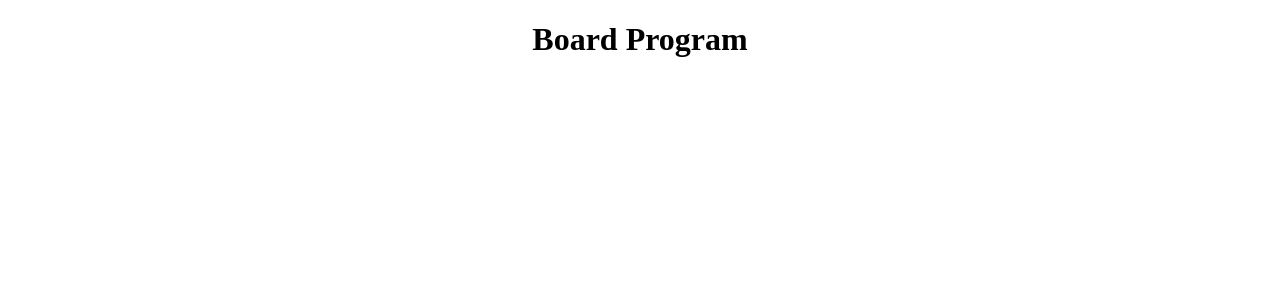
Repository: kevin1229/springTest
Page: http://localhost/BoardWeb/
These files come from the project's save history. The page is drawn as it stood at one moment and after the next save; the edit follows.
The browser window is 1280 px wide. The pictures show the whole page.
The page is served by Tomcat 9.

Above is the page before, as saved 2020-04-02 14:41:08.

After the next save:
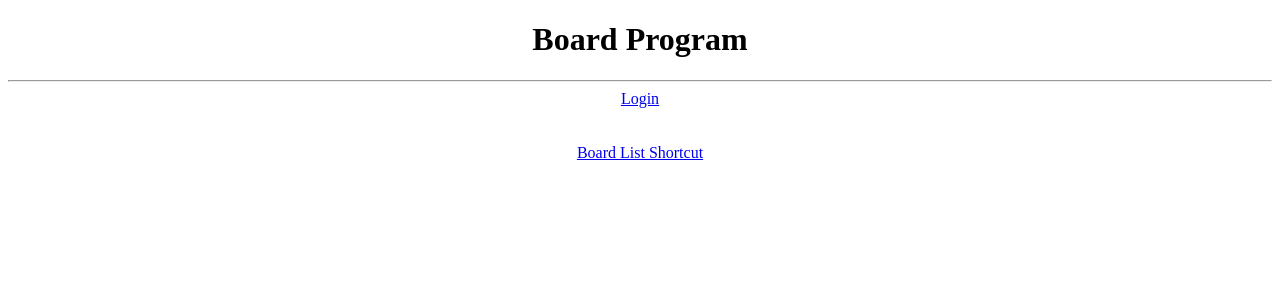
Saved 61 s later.
--- a/BoardWeb/src/main/webapp/index.jsp
+++ b/BoardWeb/src/main/webapp/index.jsp
@@ -11,7 +11,10 @@
 <body>
 	<center>
 		<h1>Board Program</h1>
+		<hr>
+			<a href="login.do">Login</a><br><br><br>
+			<a href="getBoardList.do">Board List Shortcut</a><br><br><br>
+		</hr>
 	</center>
-
 </body>
 </html>
